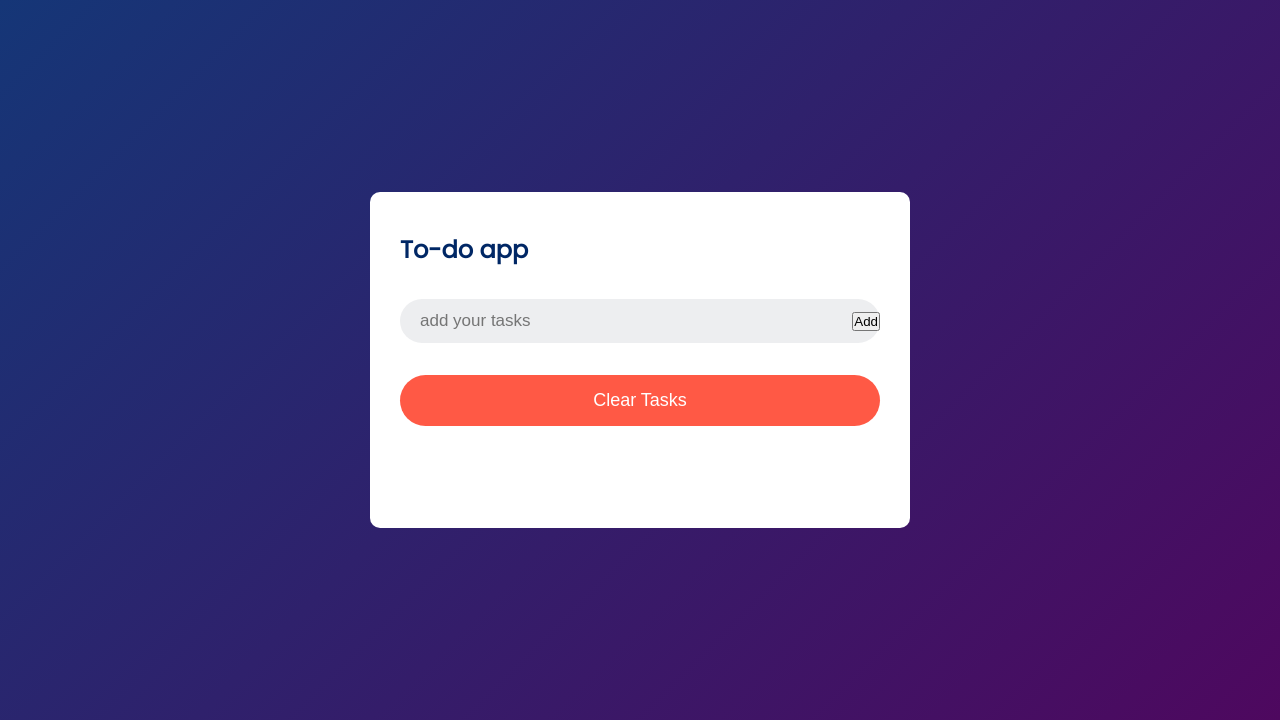
Repository: samoshi/To-do
Page: http://localhost/
The author's editor kept a copy of each file at every save. The page is drawn from the files as they stood at one save, then again after the next save.
The browser window is 1280 px wide. The pictures show the whole page.
The page is served by the project's application, run on Flask 3 (app/app.py). Queries for data that is not in the repository find no rows.

Above is the page before, as saved 2024-01-14 20:07:48.

### app/templates/index.html
<!DOCTYPE html>
<html lang="en">

<head>
    <meta charset="UTF-8">
    <meta name="viewport" content="width=device-width, initial-scale=1.0">
    <title>To-Do list</title>
    <link rel="stylesheet" href="{{ url_for('static', filename='style.css') }}" />
    <script src="https://code.jquery.com/jquery-3.6.4.min.js"></script>
    <script src="{{ url_for('static', filename='script.js') }}"></script>
</head>

<body>
    <div class="container">
        <div class="todo-app">
            <div class="app-title">
                <h2>To-do app</h2>
                <i class="fa-solid fa-book-bookmark"></i>
            </div>
            <form action="/add_task" method="post">
                <div class="row">
                    <input type="text" name="title" id="input-box" placeholder="add your tasks" required>
                    <button class="add_button">Add</button>
                </div>
            </form>
            <button class="clear_button" onclick="clearTasks()">Clear Tasks</button>
            <ul id="list-container">
                {% for task in task_list %}
                    {% if task.complete == False %}
                        <a href="/complete/{{ task.id }}">
                            <li class="incomplete" onclick="toggleChecked(this)">
                                {{ task.title }}
                                <!-- <a class="remove" href="/remove/{{ task.id }}">X</a> -->
                            </li>
                        </a>
                    {% else %}
                        <a href="/complete/{{ task.id }}">
                            <li class="completed" onclick="toggleChecked(this)">
                                {{ task.title }}
                                <form class="remove" href="/remove/{{ task.id }}">
                                    <button type="submit" class="remove-button">Remove</button>
                                </form>
                            </li>
                        </a>
                    {% endif %}
                {% endfor %}
            </ul>

        </div>
    </div>
    <script src="{{ url_for('static', filename='script.js') }}"></script>
</body>

</html>

### app/app.py
from flask import Flask, render_template, request, redirect, url_for, jsonify
from flask_sqlalchemy import SQLAlchemy

app = Flask(__name__)

app.config['SQLALCHEMY_DATABASE_URI'] = 'sqlite:///db.sqlite'
app.config['SQLALCHEMY_TRACK_MODIFICATIONS'] = False
db = SQLAlchemy(app)

class Task(db.Model):
    id = db.Column(db.Integer, primary_key=True)
    title = db.Column(db.String(100))
    complete = db.Column(db.Boolean)

# def save_tasks():
#     with open("tasks.json", "w") as file:
#         json.dump(tasks, file)


# # Load tasks from a file
# def load_tasks():
#     try:
#         with open("tasks.json", "r") as file:
#             lines = file.readlines()
#             tasks = []
#             for line in lines:
#                 parts = line.split(":")
#                 if len(parts) == 2:
#                     description, completed_str = parts
#                     completed = eval(completed_str)
#                     tasks.append({"description": description, "completed": completed})
#             return tasks
#     except FileNotFoundError:
#         return []  # Return an empty list if the file doesn't exist
#     except json.decoder.JSONDecodeError:
#         return []  # Return an empty list if there's an issue decoding JSON

# # Initialize tasks
# tasks = load_tasks()

@app.route('/')
def index():
    task_list = Task.query.all()
    return render_template('index.html', task_list=task_list)

@app.route('/add_task', methods=['POST'])
def add_task():
    title = request.form.get("title")
    new_task = Task(title=title, complete=False)
    db.session.add(new_task)
    db.session.commit()
    return redirect(url_for("index"))

@app.route("/update/<int:task_id>")
def update_task(task_id):
    task = Task.query.filter_by(id=task_id).first()
    task.complete = not task.complete
    db.session.commit()
    return redirect(url_for("index"))

@app.route('/complete/<int:task_id>')
def complete_task(task_id):
    task = Task.query.filter_by(id=task_id).first()
    if task:
        task.complete = not task.complete
        db.session.commit()
    return redirect(url_for('index'))

# @app.route('/incomplete/<int:task_id>')
# def incomplete_task(task_id):
#     task = Task.query.filter_by(id=task_id).first()
#     task.complete = task.complete
#     db.session.commit()
#     return redirect(url_for('index'))

@app.route('/remove/<int:task_id>')
def remove_task(task_id):
    task = Task.query.filter_by(id=task_id).first()
    db.session.delete(task)
    db.session.commit()
    return redirect(url_for('index'))

@app.route('/clear_tasks')
def clear_tasks():
    db.session.query(Task).delete()
    db.session.commit()
    return redirect(url_for('index'))


if __name__ == '__main__':
    db.create_all()
    app.run(host='0.0.0.0', port=5000, debug=True)

### app/static/style.css
@import url('https://fonts.googleapis.com/css2?family=Poppins&display=swap');


*, *:before, *:after{
    margin: 0;
    padding: 0;
    box-sizing: border-box;
}
body{
    font-family: 'Poppins', sans-serif;
}
.container{
    width: 100%;
    min-height: 100vh;
    background: linear-gradient(135deg, #153677, #4e085f);
    padding: 10px;
    display: flex;
    justify-content: center;
    align-items: center;
}
.todo-app{
    width: 100%;
    max-width: 540px;
    background-color: #fff;
    padding: 40px 30px 70px;
    border-radius: 10px;
    display: flex;
    flex-direction: column;
    align-items: left;
    gap: 2rem;
}
.app-title{
    display: flex;
    gap: 1rem;
    align-items: center;
}
.app-title h2, .app-title i{
    color: #002765;
}
.app-title i{
    font-size: 26px;
}

.row{
    display: flex;
    align-items: center;
    justify-content: space-between;
    background-color: #edeef0;
    border-radius: 30px;
}
input{
    width: 100%;
    border: none;
    outline: none;
    background-color: transparent;
    padding: 12px;
    font-size: 17px;
    padding-left: 20px;
}
button.clear_button{
    border: none;
    cursor: pointer;
    outline: none;
    padding: 15px 50px;
    border-radius: 30px;
    background-color: #ff5945;
    color: #fff;
    font-size: 18px;
    transition: all .25s ease;
}
button:hover{
    filter: brightness(.8);
}

@media screen and (max-width: 400px) {
    button{
        padding: 15px;
        border-radius: 0 30px 30px 0;
    }
}

a {
    text-decoration: none;
    align-items: center;
    color: #333;
    cursor: pointer;
}


ul li {
    font-size: 17px;
    padding: 12px 8px 12px 50px;
    margin-top: 5px;
    user-select: none;
    cursor: pointer;
    position: relative;
    transition: background-color 0.2s ease;
    border-radius: 10px;
    list-style-type: none;
}

ul li.incomplete::before {
    position: absolute;
    content: 'X';
    width: 24px;
    height: 24px;
    font-size: 18px; /* Adjust the font size as needed */
    border-radius: 50%;
    left: 0;
    line-height: 24px; /* Center the checkmark vertically */
    text-align: center; /* Center the checkmark horizontally */
    color: #ff5945;
    transition: background-color 0.2s ease;
}

ul li.incomplete:hover {
    border-radius: 10px;
    outline: 2px solid #272de1;
    transition: background-color 0.2s ease;
}

ul li.completed::before {
    position: absolute;
    content: '\2713'; /* Checkmark Unicode character */
    width: 24px;
    height: 24px;
    font-size: 18px; /* Adjust the font size as needed */
    border-radius: 50%;
    left: 0;
    line-height: 24px; /* Center the checkmark vertically */
    text-align: center; /* Center the checkmark horizontally */
    transition: background-color 0.2s ease;
}

ul li.completed {
    position: relative;
    background-color: rgba(144, 238, 144, 0.2);
    color: #07700e;
}

ul li.completed:hover {
    border-radius: 10px;
    outline: 2px solid #272de1;
    transition: background-color 0.2s ease;
}

ul li.completed:hover:after {
    opacity: 1; /* Show the X on hover */
}




ul li:hover {
    background-color: rgba(144, 238, 144, 0.2); /* Light green with transparency */
}

ul li:hover::before {
    background-color: rgba(255, 255, 255, 0.5); /* White with transparency */
}
.remove {
    position: absolute;
    right: 0;
    top: 50%;
    transform: translateY(-50%);
    width: 30px;
    height: 30px;
    border-radius: 50%;
    display: flex;
    justify-content: center;
    align-items: center;
    color: #555;
    font-size: 18px;
    transition: all .2s ease;
}
.remove:hover{
    background-color: #c9c9c9;
    color: #fff;
}

### app/static/script.js
// // ...

// document.addEventListener("DOMContentLoaded", function () {
//     const inputBox = document.getElementById("input-box");
//     const button = document.querySelector("button");
//     const list = document.getElementById("list-container");

//     list.addEventListener("click", (e) => {
//         if (e.target.tagName === "LI") {
//             e.target.classList.toggle("checked");
//             saveData();
//         } else if (e.target.tagName === "SPAN") {
//             e.target.parentElement.remove();
//             saveData();
//         }
//     });

//     button.addEventListener("click", function () {
//         if (inputBox.value.trim() !== '') {
//             addTask(inputBox.value);
//         } else {
//             alert("Please enter a non-empty task.");
//         }
//     });

//     function addTask(description) {
//         // Make an AJAX request to the Flask server's /add_task route
//         fetch("/add_task", {
//             method: "POST",
//             headers: {
//                 "Content-Type": "application/json",
//             },
//             body: JSON.stringify({ description: description }),
//         })
//             .then(response => response.json())
//             .then(data => console.log(data))
//             .catch(error => console.error("Error:", error));
//     }

//     function showTask() {
//         // Fetch tasks from the Flask server's /tasks route
//         fetch("/tasks")
//             .then(response => response.json())
//             .then(tasks => {
//                 list.innerHTML = ""; // Clear the visible list
//                 tasks.forEach(task => {
//                     let li = document.createElement("li");
//                     li.innerHTML = task.description;
//                     if (task.completed) {
//                         li.classList.add("checked");
//                     }
//                     list.appendChild(li);
//                     let span = document.createElement("span");
//                     span.innerHTML = "x";
//                     li.appendChild(span);
//                 });
//             })
//             .catch(error => console.error("Error:", error));
//     }

//     window.addEventListener("load", showTask);

//     // Clear Tasks function
//     window.clearTasks = function () {
//         localStorage.removeItem("data");
//         list.innerHTML = ""; // Clear the tasks from the visible list
//     };
// });

After the next save:
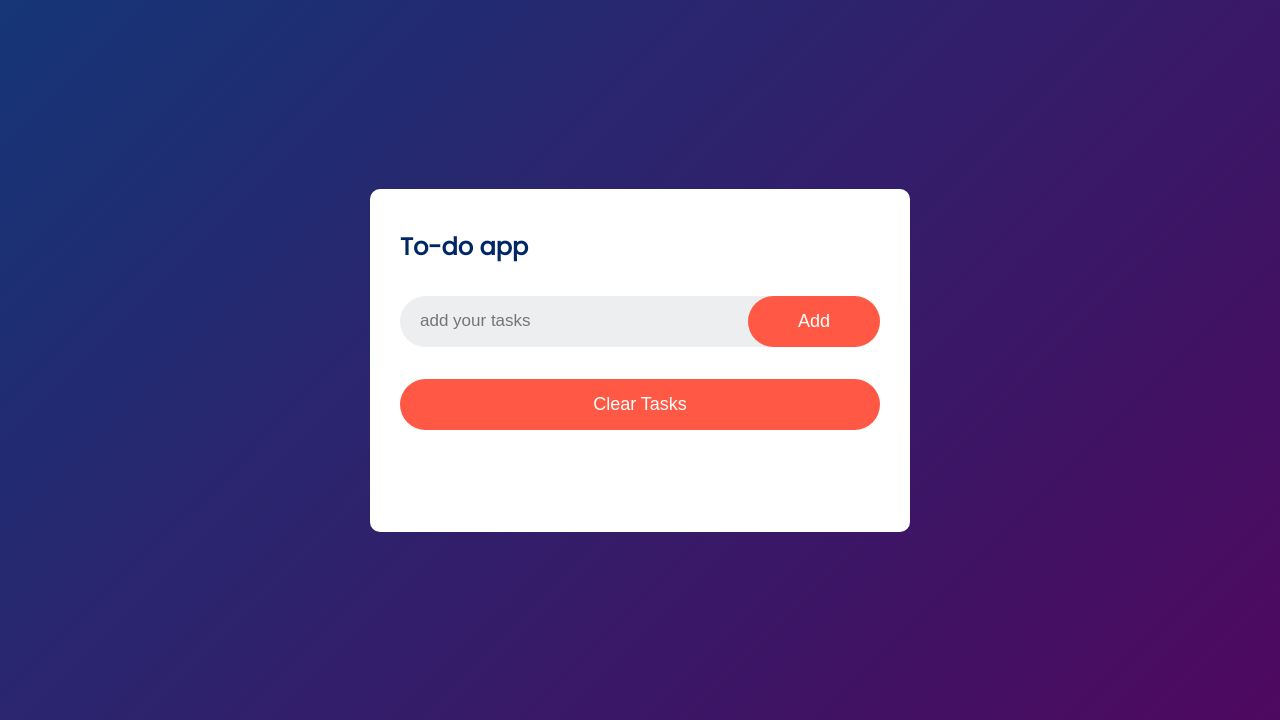
Saved 18 s later.
--- a/app/static/style.css
+++ b/app/static/style.css
@@ -57,7 +57,7 @@ input{
     font-size: 17px;
     padding-left: 20px;
 }
-button.clear_button{
+button.clear_button, button.add_button{
     border: none;
     cursor: pointer;
     outline: none;
